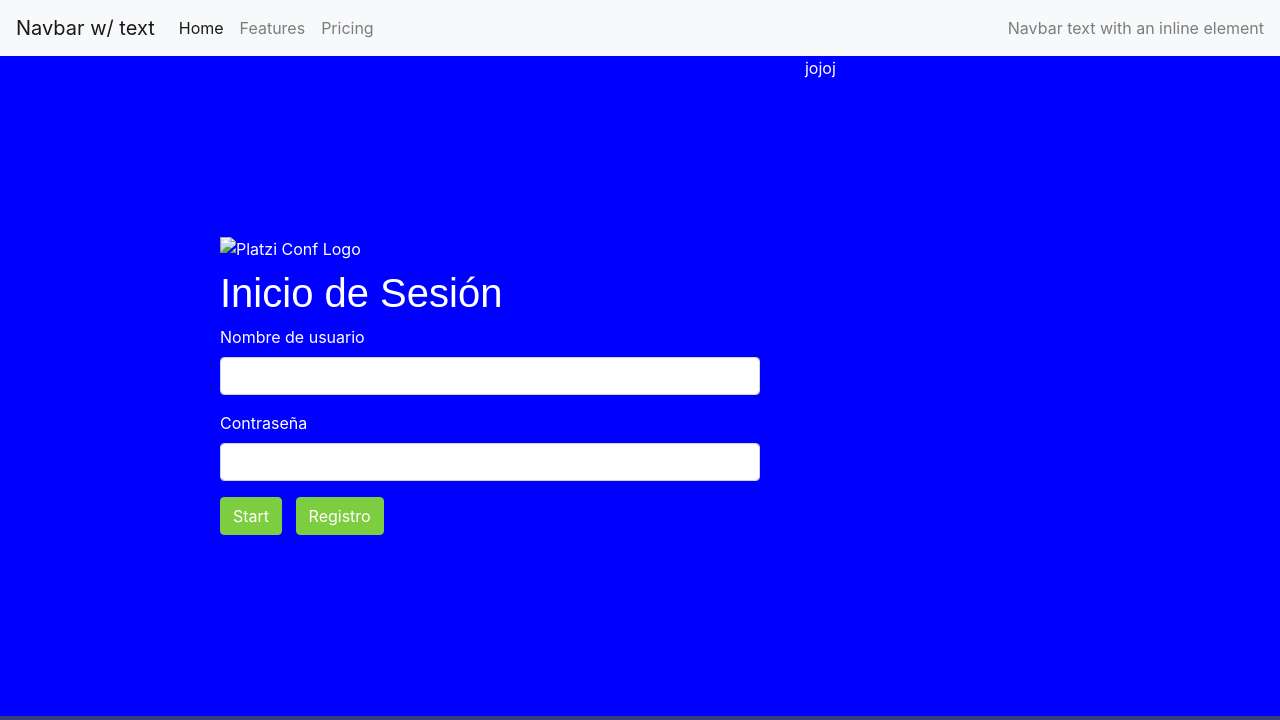
Repository: CristianPalta1/pages_react
Page: /
The author's editor kept a copy of each file at every save. The page is drawn from the files as they stood at one save, then again after the next save.
The browser window is 1280 px wide. The pictures show the whole page.
The project was rebuilt for these pictures with package versions that can differ from the ones it lists, and the page was loaded fresh each time. Also part of the build but not shown: src/components/styles/Navbar.css, src/components/Container.jsx, src/pages/Dashboard.jsx, src/pages/IngresoDoc.jsx, src/pages/NotifiDoc.jsx, src/pages/styles/Badges.css, src/components/Registros.jsx, src/components/styles/BadgesList.css and 7 more.

Above is the page before, as saved 2019-08-29 14:59:24.

After the next save:
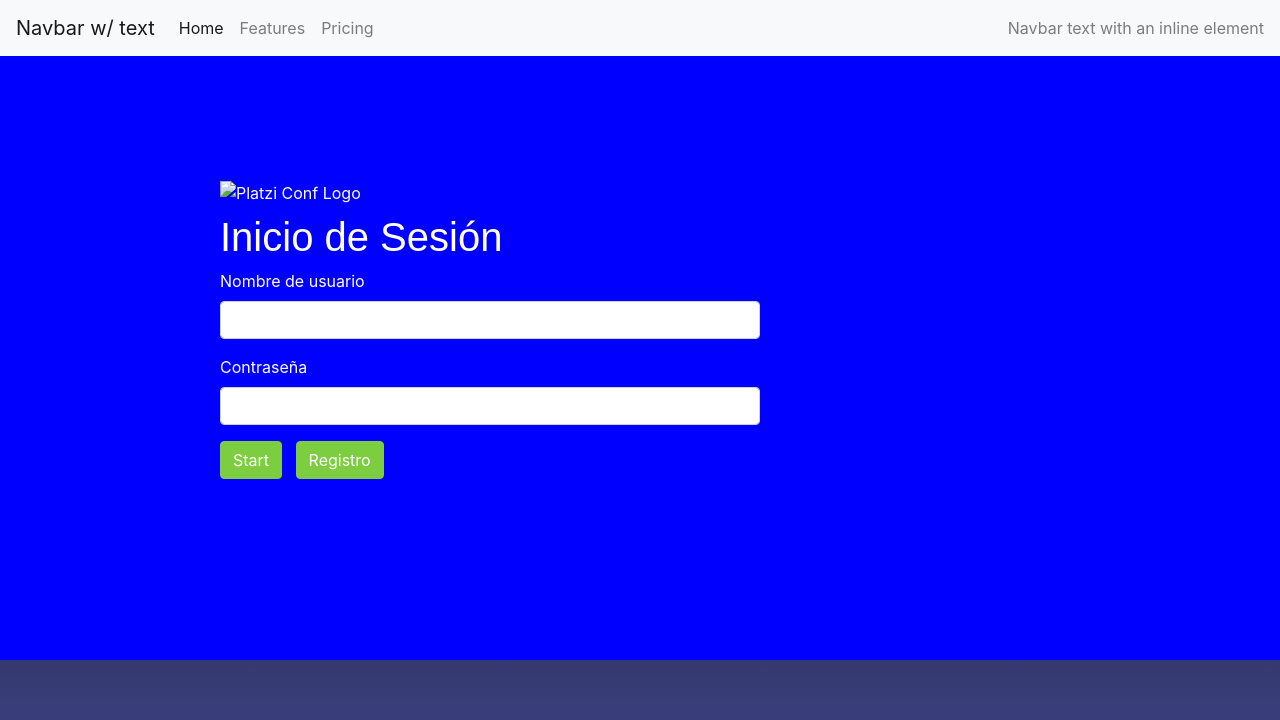
Saved 5 s later.
--- a/src/components/Navbar.jsx
+++ b/src/components/Navbar.jsx
@@ -8,7 +8,7 @@ import "./styles/Navbar.css";
 class Navbar extends React.Component {
   render() {
     return (
-      <nav class="navbar navbar-expand-lg navbar-light bg-light">
+      <nav class="navbar navbar-expand-lg navbar-light bg-light fixed-top" role="navigation">
         <a class="navbar-brand" href="#">
           Navbar w/ text
         </a>
